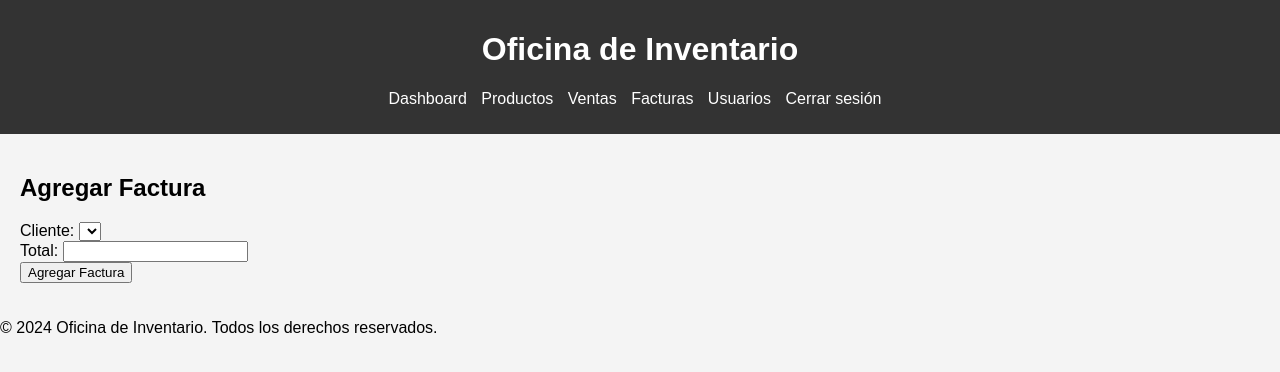
Repository: Connie75/Inventario
Page: http://localhost/views/add_invoice.php
The author's editor kept a copy of each file at every save. The page is drawn from the files as they stood at one save, then again after the next save.
The browser window is 1280 px wide. The pictures show the whole page.
The page is run by PHP 8.4 with error messages shown; the project is at /var/www/html/. The session is filled in as if someone had signed in: {"id": 1, "rol": "admin"}. Other server files are loaded and not shown. Queries for data that is not in the repository find no rows.

Above is the page before, as saved 2024-07-30 02:02:03.

### views/add_invoice.php
<?php
session_start();
include '../includes/header.php';
include '../includes/db.php';

// Verificar si el usuario está logueado
if (!isset($_SESSION['id'])) {
    header("Location: ../login.php");
    exit();
}

// Obtener lista de clientes
$clientes = $conn->query("SELECT * FROM clientes");
if (!$clientes) {
    die("Query fallida: " . $conn->error);
}
?>

<!DOCTYPE html>
<html lang="es">
<head>
    <meta charset="UTF-8">
    <title>Agregar Factura</title>
    <link rel="stylesheet" href="../styles.css">
</head>
<body>
    <div class="container">
        <h2>Agregar Factura</h2>
        <form action="../actions/add_invoice.php" method="post">
            <label for="cliente_id">Cliente:</label>
            <select name="cliente_id" id="cliente_id" required>
                <?php while ($cliente = $clientes->fetch_assoc()): ?>
                    <option value="<?php echo $cliente['id']; ?>"><?php echo $cliente['nombre']; ?></option>
                <?php endwhile; ?>
            </select>
            <br>
            <label for="total">Total:</label>
            <input type="number" name="total" id="total" step="0.01" required>
            <br>
            <button type="submit">Agregar Factura</button>
        </form>
    </div>
</body>
</html>

<?php $conn->close(); ?>
<?php include '../includes/footer.php'; ?>

### includes/header.php
<!-- includes/header.php -->
<!DOCTYPE html>
<html lang="es">
<head>
    <meta charset="UTF-8">
    <meta name="viewport" content="width=device-width, initial-scale=1.0">
    <title>Oficina de Inventario</title>
    <link rel="stylesheet" href="../css/styles.css">
    <script src="../js/scripts.js" defer></script>
</head>
<body>
    <header>
        <h1>Oficina de Inventario</h1>
        <nav>
            <ul>
                <li><a href="../views/dashboard.php">Dashboard</a></li>
                <li><a href="../views/products.php">Productos</a></li>
                <li><a href="../views/sales.php">Ventas</a></li>
                <li><a href="../views/invoices.php">Facturas</a></li>
                <?php if (isset($_SESSION['rol']) && $_SESSION['rol'] == 'admin'): ?>
                    <li><a href="../views/users.php">Usuarios</a></li>
                <?php endif; ?>
                <li><a href="../actions/logout.php">Cerrar sesión</a></li>
            </ul>
        </nav>
    </header>
    <main>
    <?php if (isset($_SESSION['message'])): ?>
            <div class="message <?php echo $_SESSION['message_type']; ?>">
                <?php
                    echo $_SESSION['message'];
                    unset($_SESSION['message']);
                    unset($_SESSION['message_type']);
                ?>
            </div>
        <?php endif; ?>

### includes/db.php
<?php
// db.php
$servername = "localhost";
$username = "root";
$password = "Azurro49.";
$dbname = "inventario";

// Crear conexión
$conn = new mysqli($servername, $username, $password, $dbname);

// Verificar conexión
if ($conn->connect_error) {
    die("Error en la conexión: " . $conn->connect_error);
}
?>

### includes/footer.php
<!-- includes/footer.php -->
</main>
    <footer>
        <p>&copy; 2024 Oficina de Inventario. Todos los derechos reservados.</p>
    </footer>
</body>
</html>

### CSS/Styles.css
/* css/style.css */
body {
    font-family: Arial, sans-serif;
    background-color: #f4f4f4;
    margin: 0;
    padding: 0;
}

header {
    background-color: #333;
    color: #fff;
    padding: 10px 0;
    text-align: center;
}

nav ul {
    list-style: none;
    padding: 0;
}

nav ul li {
    display: inline;
    margin-right: 10px;
}

nav ul li a {
    color: #fff;
    text-decoration: none;
}

main {
    padding: 20px;
}

table {
    width: 100%;
    border-collapse: collapse;
    margin-top: 20px;
}

table, th, td {
    border: 1px solid #ddd;
}

th, td {
    padding: 10px;
    text-align: left;
}

th {
    background-color: #333;
    color: #fff;
}

### js/Scripts.js
// js/scripts.js

document.addEventListener('DOMContentLoaded', function () {
    // Validación de formularios
    var forms = document.querySelectorAll('form');

    forms.forEach(function (form) {
        form.addEventListener('submit', function (event) {
            var inputs = form.querySelectorAll('input[required], textarea[required], select[required]');
            var valid = true;

            inputs.forEach(function (input) {
                if (!input.value) {
                    input.style.borderColor = 'red';
                    valid = false;
                } else {
                    input.style.borderColor = 'initial';
                }
            });

            if (!valid) {
                event.preventDefault();
                alert('Por favor, rellena todos los campos obligatorios.');
            }
        });
    });

    // Actualización dinámica de cantidad de productos
    var cantidadInputs = document.querySelectorAll('input[name="cantidad"]');
    var precioInputs = document.querySelectorAll('input[name="precio"]');
    var totalDisplay = document.querySelector('#total');

    cantidadInputs.forEach(function (cantidadInput) {
        cantidadInput.addEventListener('input', actualizarTotal);
    });

    precioInputs.forEach(function (precioInput) {
        precioInput.addEventListener('input', actualizarTotal);
    });

    function actualizarTotal() {
        var cantidad = parseFloat(cantidadInputs[0].value) || 0;
        var precio = parseFloat(precioInputs[0].value) || 0;
        var total = cantidad * precio;

        if (totalDisplay) {
            totalDisplay.textContent = 'Total: $' + total.toFixed(2);
        }
    }

    // Mostrar/ocultar contraseña
    var togglePassword = document.querySelector('#togglePassword');
    var passwordInput = document.querySelector('input[name="password"]');

    if (togglePassword && passwordInput) {
        togglePassword.addEventListener('click', function () {
            var type = passwordInput.getAttribute('type') === 'password' ? 'text' : 'password';
            passwordInput.setAttribute('type', type);
            this.textContent = type === 'password' ? 'Mostrar' : 'Ocultar';
        });
    }
});

After the next save:
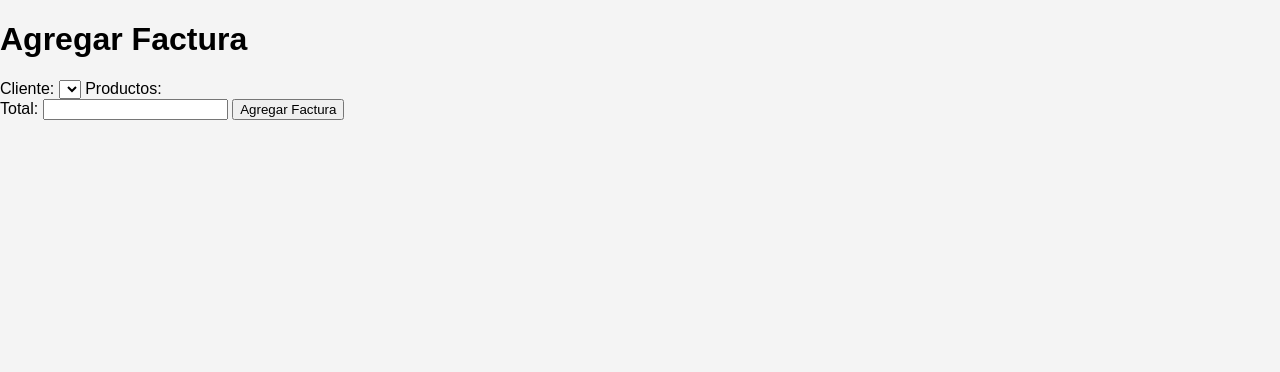
Saved 41 h 38 min later.
--- a/views/add_invoice.php
+++ b/views/add_invoice.php
@@ -1,47 +1,81 @@
 <?php
 session_start();
-include '../includes/header.php';
-include '../includes/db.php';
+include("../includes/db.php");
 
-// Verificar si el usuario está logueado
-if (!isset($_SESSION['id'])) {
-    header("Location: ../login.php");
-    exit();
+if ($_SERVER["REQUEST_METHOD"] == "POST") {
+    // Validar y sanitizar los datos recibidos del formulario
+    $cliente_id = isset($_POST['cliente_id']) ? intval($_POST['cliente_id']) : 0;
+    $productos = isset($_POST['productos']) ? $_POST['productos'] : [];
+    $total = isset($_POST['total']) ? floatval($_POST['total']) : 0;
+
+    if ($cliente_id && !empty($productos) && $total > 0) {
+        // Preparar la consulta de inserción para la factura
+        $query = $conn->prepare("INSERT INTO facturas (cliente_id, total) VALUES (?, ?)");
+        $query->bind_param("id", $cliente_id, $total);
+
+        if ($query->execute()) {
+            // Obtener el ID de la factura insertada
+            $factura_id = $query->insert_id;
+
+            // Insertar los productos en la tabla de detalles de la factura
+            $query = $conn->prepare("INSERT INTO factura_detalles (factura_id, producto_id, cantidad) VALUES (?, ?, ?)");
+
+            foreach ($productos as $producto) {
+                $producto_id = intval($producto['producto_id']);
+                $cantidad = intval($producto['cantidad']);
+                $query->bind_param("iii", $factura_id, $producto_id, $cantidad);
+                $query->execute();
+            }
+
+            // Redirigir al usuario a la lista de facturas
+            header("Location: ../views/invoices.php");
+            exit();
+        } else {
+            $error = "Error al agregar la factura: " . $query->error;
+        }
+    } else {
+        $error = "Por favor, complete todos los campos obligatorios.";
+    }
 }
 
-// Obtener lista de clientes
-$clientes = $conn->query("SELECT * FROM clientes");
-if (!$clientes) {
-    die("Query fallida: " . $conn->error);
-}
+// Obtener la lista de clientes y productos para el formulario
+$clientes_result = $conn->query("SELECT * FROM clientes");
+$productos_result = $conn->query("SELECT * FROM productos");
+
 ?>
-
 <!DOCTYPE html>
 <html lang="es">
 <head>
     <meta charset="UTF-8">
+    <meta name="viewport" content="width=device-width, initial-scale=1.0">
     <title>Agregar Factura</title>
-    <link rel="stylesheet" href="../styles.css">
+    <link rel="stylesheet" href="../css/styles.css">
 </head>
 <body>
-    <div class="container">
-        <h2>Agregar Factura</h2>
-        <form action="../actions/add_invoice.php" method="post">
-            <label for="cliente_id">Cliente:</label>
-            <select name="cliente_id" id="cliente_id" required>
-                <?php while ($cliente = $clientes->fetch_assoc()): ?>
-                    <option value="<?php echo $cliente['id']; ?>"><?php echo $cliente['nombre']; ?></option>
-                <?php endwhile; ?>
-            </select>
-            <br>
-            <label for="total">Total:</label>
-            <input type="number" name="total" id="total" step="0.01" required>
-            <br>
-            <button type="submit">Agregar Factura</button>
-        </form>
-    </div>
+    <h1>Agregar Factura</h1>
+    <?php if (isset($error)): ?>
+        <div class="error"><?php echo $error; ?></div>
+    <?php endif; ?>
+    <form method="POST" action="add_invoice.php">
+        <label for="cliente_id">Cliente:</label>
+        <select name="cliente_id" id="cliente_id" required>
+            <?php while ($cliente = $clientes_result->fetch_assoc()): ?>
+                <option value="<?php echo $cliente['id']; ?>"><?php echo $cliente['nombre']; ?></option>
+            <?php endwhile; ?>
+        </select>
+        <label for="productos">Productos:</label>
+        <div id="productos">
+            <?php while ($producto = $productos_result->fetch_assoc()): ?>
+                <div>
+                    <input type="checkbox" name="productos[<?php echo $producto['id']; ?>][producto_id]" value="<?php echo $producto['id']; ?>">
+                    <?php echo $producto['nombre']; ?>
+                    <input type="number" name="productos[<?php echo $producto['id']; ?>][cantidad]" min="1" value="1">
+                </div>
+            <?php endwhile; ?>
+        </div>
+        <label for="total">Total:</label>
+        <input type="number" name="total" id="total" step="0.01" required>
+        <button type="submit">Agregar Factura</button>
+    </form>
 </body>
 </html>
-
-<?php $conn->close(); ?>
-<?php include '../includes/footer.php'; ?>
